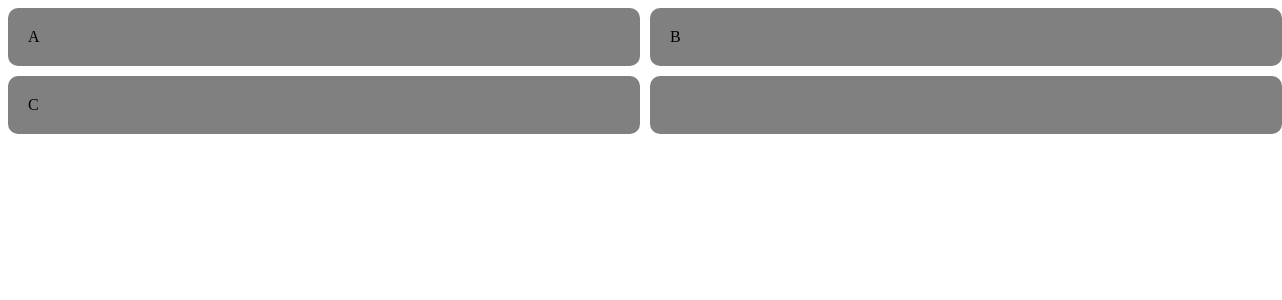
Repository: Yevhen94/nixhw
Page: fourth-lesson/index.html
The author's editor kept a copy of each file at every save. The page is drawn from the files as they stood at one save, then again after the next save.
The browser window is 1280 px wide. The page is 1282 px wide, so the pictures cover 1282 px, including what lies to the right of the window. The pictures show the whole page.

Above is the page before, as saved 2022-02-08 15:11:18.

After the next save:
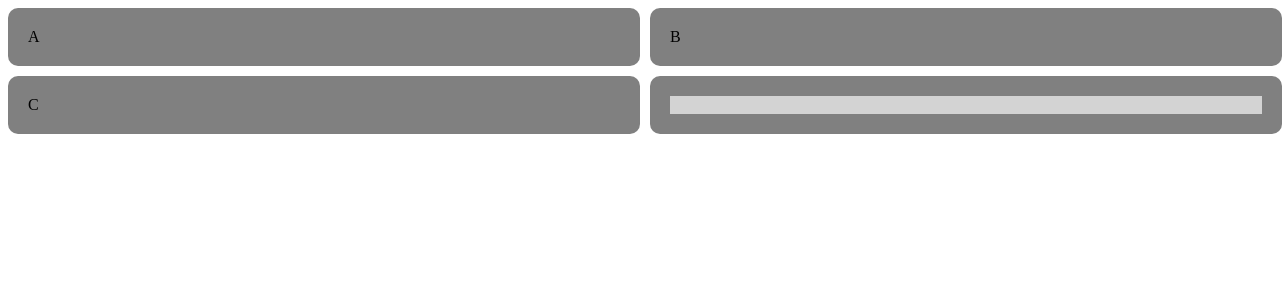
Saved 33 s later.
--- a/fourth-lesson/styles/index.css
+++ b/fourth-lesson/styles/index.css
@@ -80,3 +80,7 @@
   grid-template-rows: subgrid;
   display: grid;
 }
+
+.subitem {
+  background-color: lightgray;
+}
